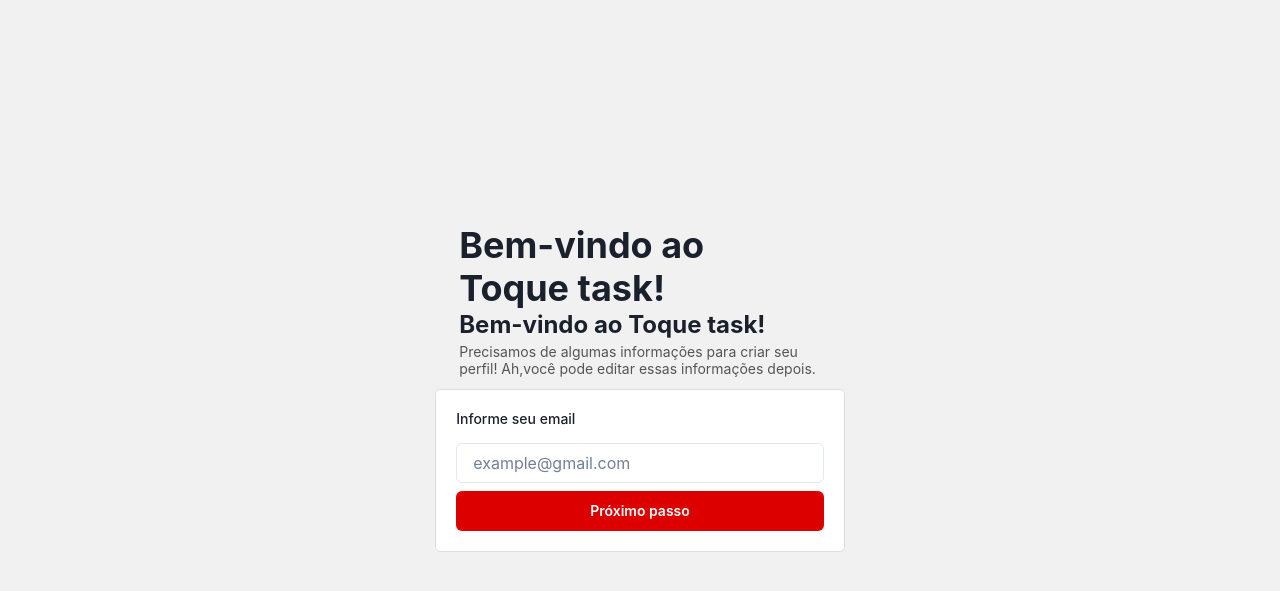
Repository: jorgelucasjs/chakra-ui-doc
Page: /
These files come from the project's save history. The page is drawn as it stood at one moment and after a run of saves; the edit follows.
The browser window is 1280 px wide. The pictures show the whole page.
The project was rebuilt for these pictures with package versions that can differ from the ones it lists, and the page was loaded fresh each time.

Above is the page before, as saved 2023-01-06 14:44:37.

### public/index.html
<!DOCTYPE html>
<html lang="en">
  <head>
    <meta charset="utf-8" />
   <!--  <link rel="icon" href="%PUBLIC_URL%/logo.jpg" /> -->
    <meta name="viewport" content="width=device-width, initial-scale=1" />
    <meta name="theme-color" content="#000000" />
    <meta
      name="description"
      content="Web site created using create-react-app"
    />
    <!-- <link rel="apple-touch-icon" href="%PUBLIC_URL%/logo.jpg" /> -->
    <!--
      manifest.json provides metadata used when your web app is installed on a
      user's mobile device or desktop. See https://developers.google.com/web/fundamentals/web-app-manifest/
    -->
    <link rel="manifest" href="%PUBLIC_URL%/manifest.json" />
    <!--
      Notice the use of %PUBLIC_URL% in the tags above.
      It will be replaced with the URL of the `public` folder during the build.
      Only files inside the `public` folder can be referenced from the HTML.

      Unlike "/favicon.ico" or "favicon.ico", "%PUBLIC_URL%/favicon.ico" will
      work correctly both with client-side routing and a non-root public URL.
      Learn how to configure a non-root public URL by running `npm run build`.
    -->
    <title>Chackra ui</title>
  </head>
  <body>
    <noscript>You need to enable JavaScript to run this app.</noscript>
    <div id="root"></div>
    <!--
      This HTML file is a template.
      If you open it directly in the browser, you will see an empty page.

      You can add webfonts, meta tags, or analytics to this file.
      The build step will place the bundled scripts into the <body> tag.

      To begin the development, run `npm start` or `yarn start`.
      To create a production bundle, use `npm run build` or `yarn build`.
    -->
  </body>
</html>

### src/index.tsx
import React from 'react';
import ReactDOM from 'react-dom/client';
import App from './App';
import reportWebVitals from './reportWebVitals';

const root = ReactDOM.createRoot(
  document.getElementById('root') as HTMLElement
);


root.render(

	<React.StrictMode>
		<App />
	</React.StrictMode>

);

reportWebVitals();

### src/App.tsx
import * as React from 'react';
import PagesRouter from './routes';
import { extendTheme, ChakraProvider, ColorModeScript } from '@chakra-ui/react';
import theme from './theme/theme';

export default function App(): JSX.Element {

	return (
		<ChakraProvider theme={theme}>
			<ColorModeScript initialColorMode={theme.config.initialColorMode} />
			<PagesRouter />
		</ChakraProvider>
	);
}

### src/routes/index.tsx
import React from 'react';
import { BrowserRouter, Route, Routes } from 'react-router-dom';
import Home from '../pages';
import GlobalStyle from './../style/Global';
export default function PagesRouter(): JSX.Element {
	return (

		<BrowserRouter>
			<GlobalStyle />

			<Routes>

				<Route
					path='/'
					element={<Home />}
				/>
			</Routes>
		</BrowserRouter>

	);
}

### src/theme/theme.ts
import { extendTheme, ThemeConfig } from '@chakra-ui/react';

const config: ThemeConfig = {
	initialColorMode: 'light',
	useSystemColorMode: false,
};

const colors = {
	brand: {
		900: '#1a365d',
		800: '#153e75',
		700: '#2a69ac',
	},
};

const theme = extendTheme({ config, colors });

export default theme;

### src/pages/index.tsx
import React from 'react';
import { Box, Text, Flex, FormControl, FormLabel, Input,Button, Heading } from '@chakra-ui/react';


export default function index(): JSX.Element {

	return (
		<Flex justify={'center'} bg={'#F1F1F1'} height='100vh'>

			<Box w={'32%'} mt={200}>

				<Box p={6} pb={0}>

					<Heading as='h1'>Bem-vindo ao Toque task!</Heading>

					<Text fontSize='2xl' mb={1} fontWeight='bold'>Bem-vindo ao Toque task!</Text>

					<Text fontSize='14' color={'#555555'}>
						Precisamos de algumas informações para criar seu perfil!
						Ah,você pode editar essas informações depois.
					</Text>
				</Box>

				<Box bg='#fff' p={5} mt={3} borderRadius={5} border='1px solid #ddd'>
					<FormControl>
						<FormLabel fontSize='14' mb='4'>Informe seu email</FormLabel>
						<Input type='email' placeholder='example@gmail.com'/>
						<Button
							w={'100%'}
							mt={2}
							bg='#DD0000'
							color='#fff'
							fontSize='14'
							_hover={{ bg: '#f00' }}
						>Próximo passo </Button>
					</FormControl>
				</Box>
			</Box>
		</Flex>
	);
}

### src/style/Global.ts
import { createGlobalStyle } from 'styled-components';

export default createGlobalStyle`
  * {
	  margin: 0;
	  padding: 0;
	  box-sizing: border-box;
	}

  body {
	  width: 100vw;
	  background:#fefefe;
  }

  body,
  input,
  textarea,
  button {
	font: 400 1rem Inter, sans-serif;
  }

  h1 {
	font-size: 2.5rem;
	font: 700;
	font-family: 'Work Sans', sans-serif;
  }

  h2 {
	font-size: 1.5rem;
  }

  button {
	cursor: pointer;
  }

  h1,
  h2,
  h3,
  h4,
  h5,
  h6 {
	font-weight: 600;
	font-family: Lexend, sans-serif;
  }

  input {
	outline: none;
  }
  a{
	text-decoration:none;
	color:#fff;
  }
  .modalContent,
  .secondModal {
	>img {
	  width: 15rem;
	  margin: 15px auto;
	  display: flex;
	  justify-content: center;
	  align-self: center;
	}
	> form {
	  margin: 20px 0;
	  width: 100%;
	  text-align: center;

	> label {
	  display: flex;
	  align-items: flex-start;
	  margin: 15px 0;
	  color: #1c1c1c;
	}

	>button {
	  margin-top: 25px;
	}
  }
}


.secondModal {
  >h1 {
	text-align: center;
	margin: 4rem 0 0 0;
  }

  >span {
	display: block;
	text-align: center;
	color: #1c1c1c;
	font-size: 15px;
	margin: 20px 0;
  }
}



`;

Loaded but not shown: src/reportWebVitals.ts (common file)

After the next 3 saves:
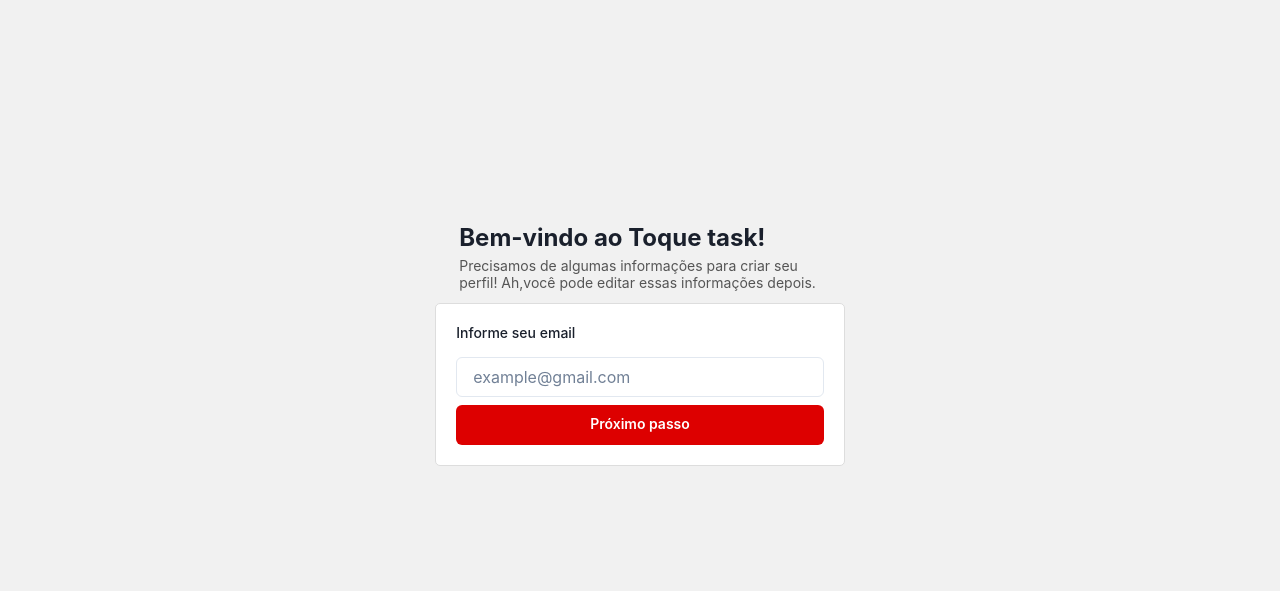
The 3 saves are shown as one change because they came seconds apart.
The last was saved 19 s later.
--- a/src/pages/index.tsx
+++ b/src/pages/index.tsx
@@ -11,9 +11,7 @@
 
 				<Box p={6} pb={0}>
 
-					<Heading as='h1'>Bem-vindo ao Toque task!</Heading>
-
-					<Text fontSize='2xl' mb={1} fontWeight='bold'>Bem-vindo ao Toque task!</Text>
+					<Heading as='h1' fontSize='2xl' mb={1} fontWeight='bold'>Bem-vindo ao Toque task!</Heading>
 
 					<Text fontSize='14' color={'#555555'}>
 						Precisamos de algumas informações para criar seu perfil!
